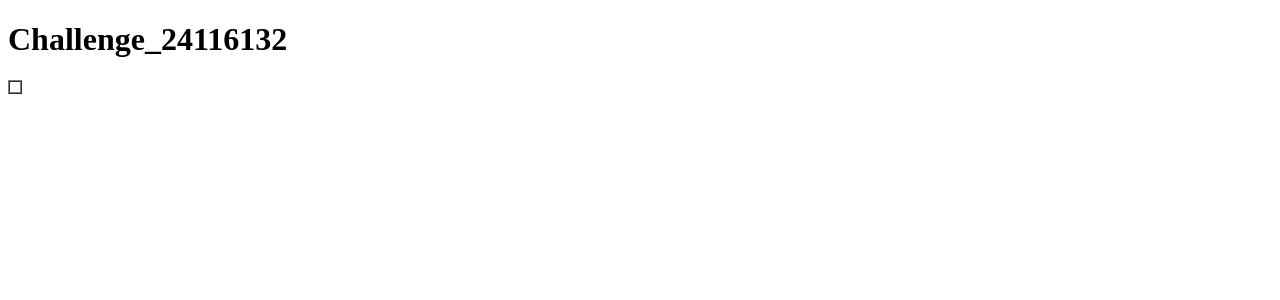
Repository: Abdsrya/Challenge_24116132
Page: Challenge_24116132.html
An editor plug-in stored every save of this project. The page is shown before and after the next save, followed by the edit.
The browser window is 1280 px wide. The pictures show the whole page.

Above is the page before, as saved 2026-04-20 09:40:31.

### Challenge_24116132.html
<!DOCTYPE html>
<html lang="en">
<head>
    <meta charset="UTF-8">
    <meta name="viewport" content="width=device-width, initial-scale=1.0">
    <title>Challenge_24116132</title>
</head>
<body>
    <h1><b>Challenge_24116132</b></h1>
    <table border="1" cellspacing = "0" cellpadding = "5" >
        <tr background-color="orange">
            <th colspan = "3"> </th>
</body>
</html>

After the next save:
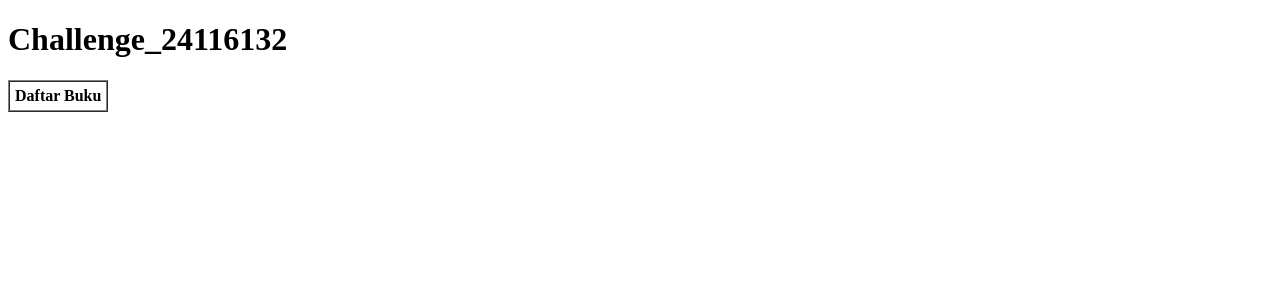
Saved 6 s later.
--- a/Challenge_24116132.html
+++ b/Challenge_24116132.html
@@ -9,6 +9,6 @@
     <h1><b>Challenge_24116132</b></h1>
     <table border="1" cellspacing = "0" cellpadding = "5" >
         <tr background-color="orange">
-            <th colspan = "3"> </th>
+            <th colspan = "3"> Daftar Buku</th>
 </body>
 </html>
